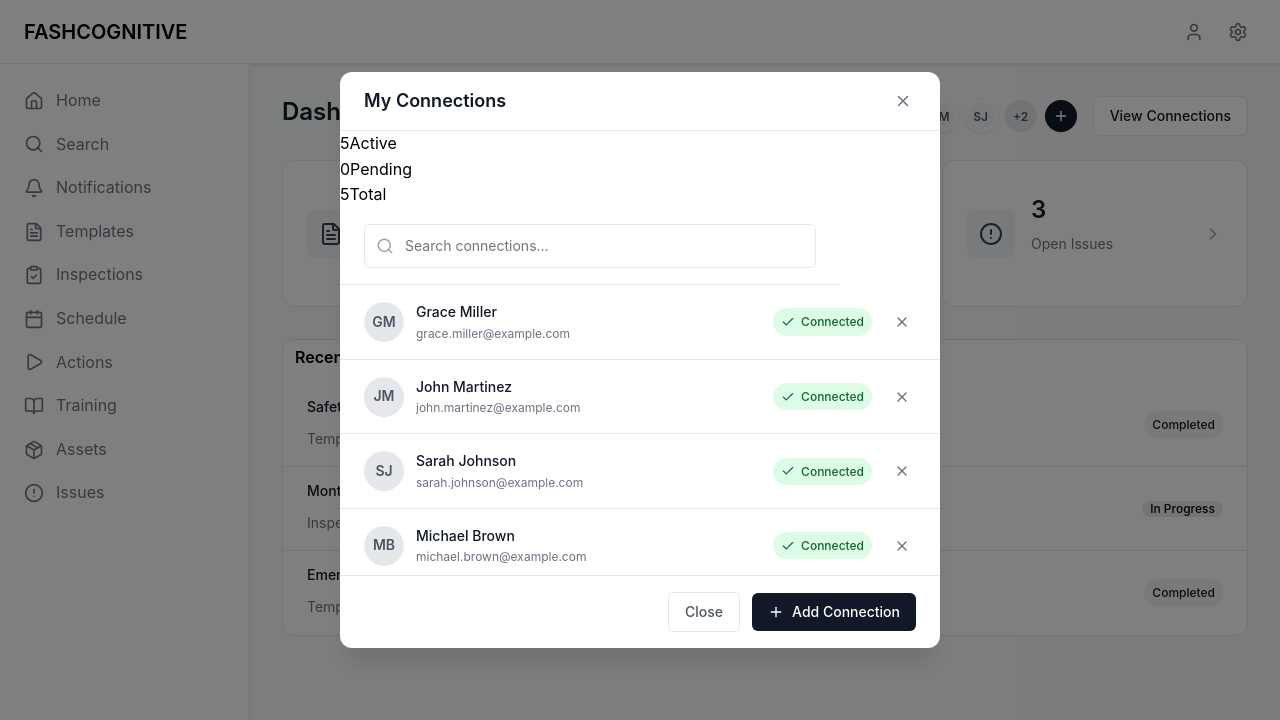
Repository: loganand612/fashcognitive-intern
Page: /dashboard (app in fash/), after clicking the first element matching `div.connection-more`
The author's editor kept a copy of each file at every save. The page is drawn from the files as they stood at one save, then again after the next save.
The browser window is 1280 px wide. The pictures show the whole page.
The project was rebuilt for these pictures with package versions that can differ from the ones it lists, and the page was loaded fresh each time. Also part of the build but not shown: fash/src/pages/Login.css, fash/src/pages/Register.css, fash/src/pages/Template.css, fash/src/pages/Home.tsx, fash/src/pages/Login.tsx, fash/src/pages/Register.tsx, fash/src/pages/Home2.tsx, fash/src/components/AccessManager.tsx and 2 more. Imported but missing from the stored project, and not drawn on this page: fash/src/pages/assets/head1.mp4.

Above is the page before, as saved 2025-04-14 09:23:44.

After the next save:
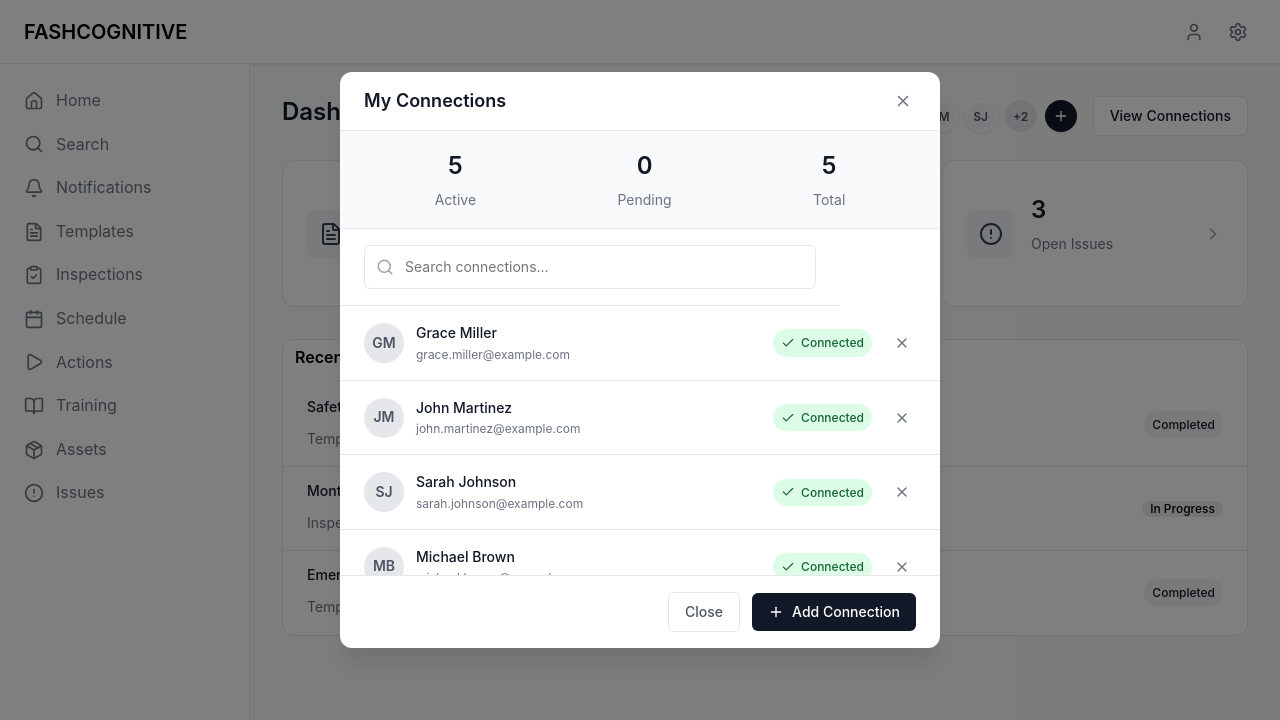
Saved 12 s later.
--- a/fash/src/components/ConnectionsPanel.css
+++ b/fash/src/components/ConnectionsPanel.css
@@ -330,6 +330,32 @@
 }
 
 /* All connections modal */
+.connections-summary {
+  display: flex;
+  justify-content: space-around;
+  padding: 16px 24px;
+  border-bottom: 1px solid #e5e7eb;
+  background-color: #f9fafb;
+}
+
+.connection-stat {
+  display: flex;
+  flex-direction: column;
+  align-items: center;
+  gap: 4px;
+}
+
+.stat-count {
+  font-size: 24px;
+  font-weight: 600;
+  color: #111827;
+}
+
+.stat-label {
+  font-size: 14px;
+  color: #6b7280;
+}
+
 .search-container {
   position: relative;
   padding: 16px 24px;
